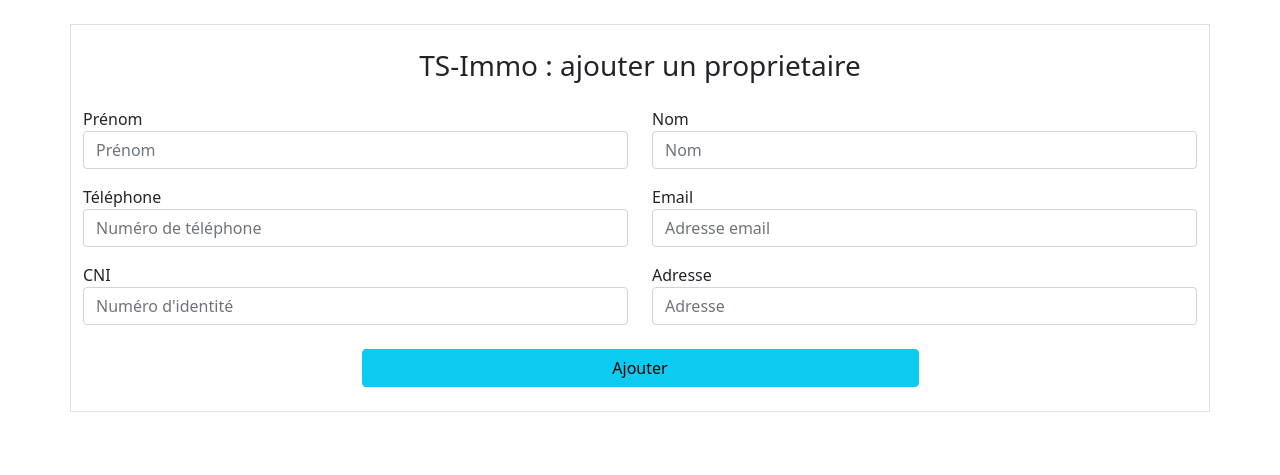
Repository: saliou-t/TS-IMMO
Page: http://localhost/src/views/proprietaire/new.html.php
These files come from the project's save history. The page is drawn as it stood at one moment and after the next save; the edit follows.
The browser window is 1280 px wide. The pictures show the whole page.
The page is run by PHP 8.4 with error messages shown; the project is at /var/www/html/.

Above is the page before, as saved 2022-04-03 14:58:40.

After the next save:
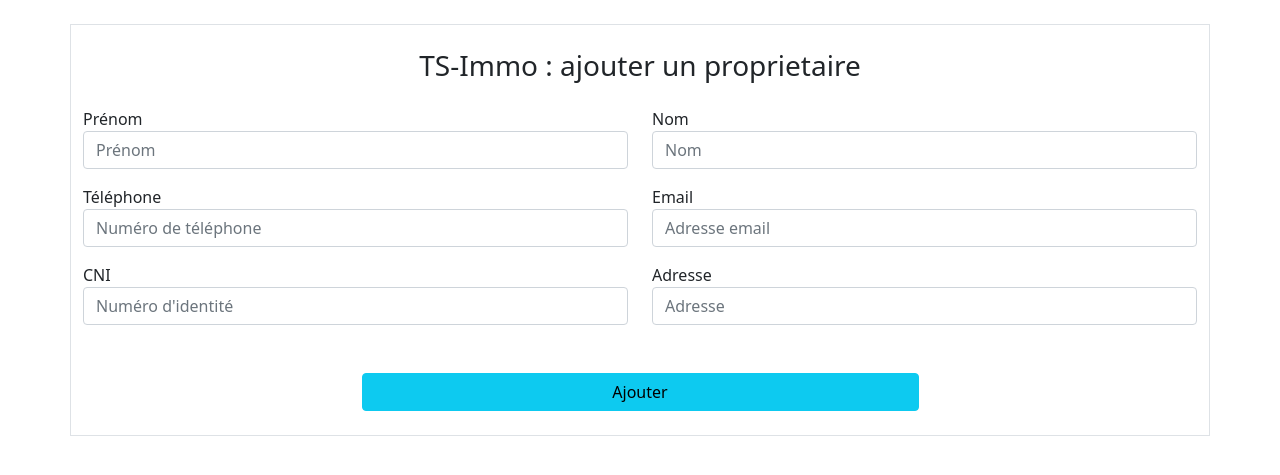
Saved 6 s later.
--- a/src/views/proprietaire/new.html.php
+++ b/src/views/proprietaire/new.html.php
@@ -44,7 +44,7 @@
                     <input class="form-control" name="adresse" type="text" placeholder="Adresse">
                 </div>
             </div>
-            <div class="row mt-4 justify-content-around">
+            <div class="row mt-5 justify-content-around">
                 <div class="col text-center  ">
                     <a class="btn btn-info mx-auto w-50" href="">Ajouter</a>
                 </div>
